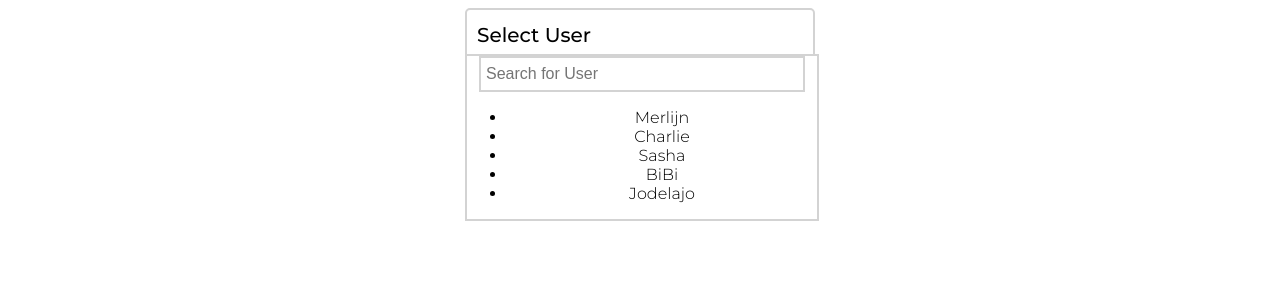
Repository: jodelajo/nuxt-filter-tutorial
Page: /
These files come from the project's save history. The page is drawn as it stood at one moment and after the next save; the edit follows.
The browser window is 1280 px wide. The pictures show the whole page.
The project was rebuilt for these pictures with package versions that can differ from the ones it lists, and the page was loaded fresh each time. The framework's server and built-in components were replaced by stand-ins that run in the browser. Also part of the build but not shown: nuxt.config.js, components/NuxtLogo.vue, components/Tutorial.vue.

Above is the page before, as saved 2021-12-11 12:39:19.

After the next save:
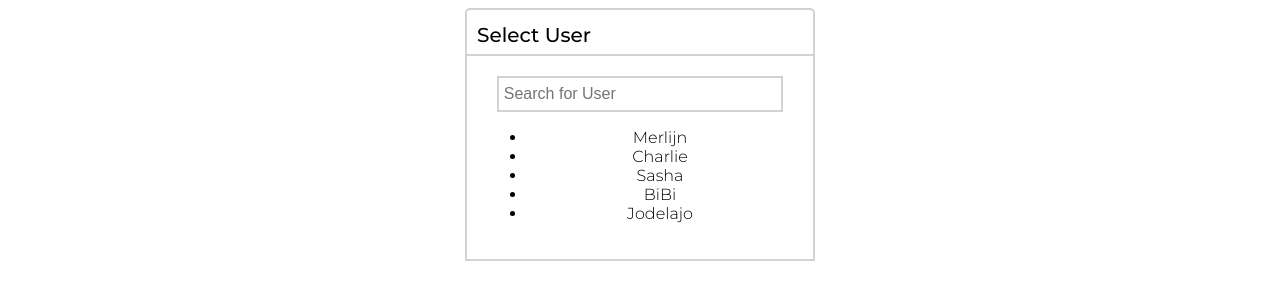
Saved 69 s later.
--- a/pages/index.vue
+++ b/pages/index.vue
@@ -76,8 +76,9 @@ body {
   left: 0;
   right: 0;
   background-color: white;
-  width: 100%;
+  max-width: 100%;
 
+  padding: 20px;
 }
 input {
   width: 90%;
